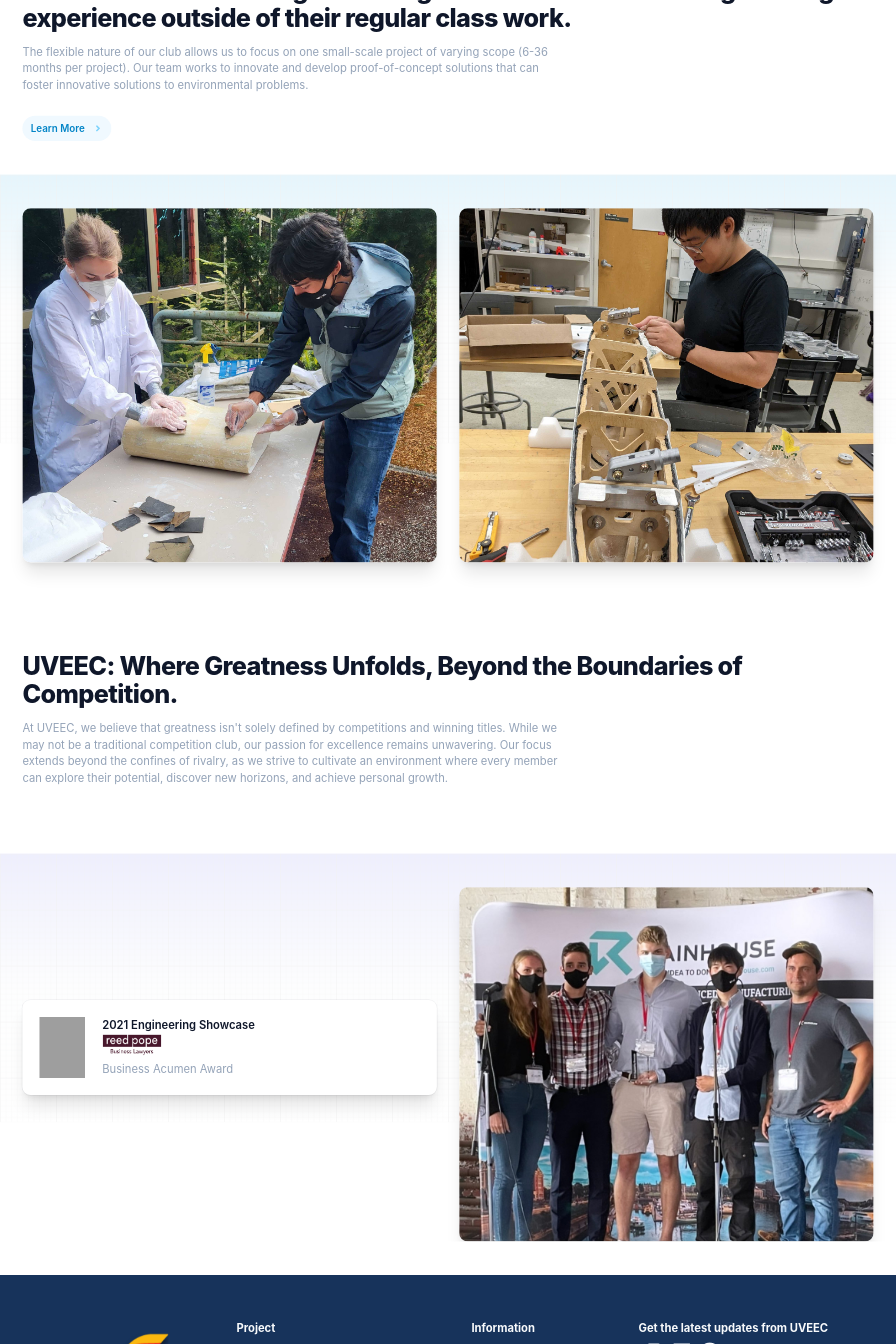
Repository: markaxelus/uveec-website
Page: /
An editor plug-in stored every save of this project. The page is shown before and after the next save, followed by the edit.
The browser window is 1280 px wide. The pictures show the part of the page from y = 938 to 2858 px (the page is 3104 px tall before and 3144 px after), at 70% of full size.
Pictures or frames that could not be fetched are drawn as grey boxes. The project was rebuilt for these pictures with package versions that can differ from the ones it lists, and the page was loaded fresh each time. The framework's server and built-in components were replaced by stand-ins that run in the browser. Also part of the build but not shown: next.config.js, src/components/molecules/ProfileCard.tsx.

Above is the page before, as saved 2024-06-08 23:40:56.

After the next save:
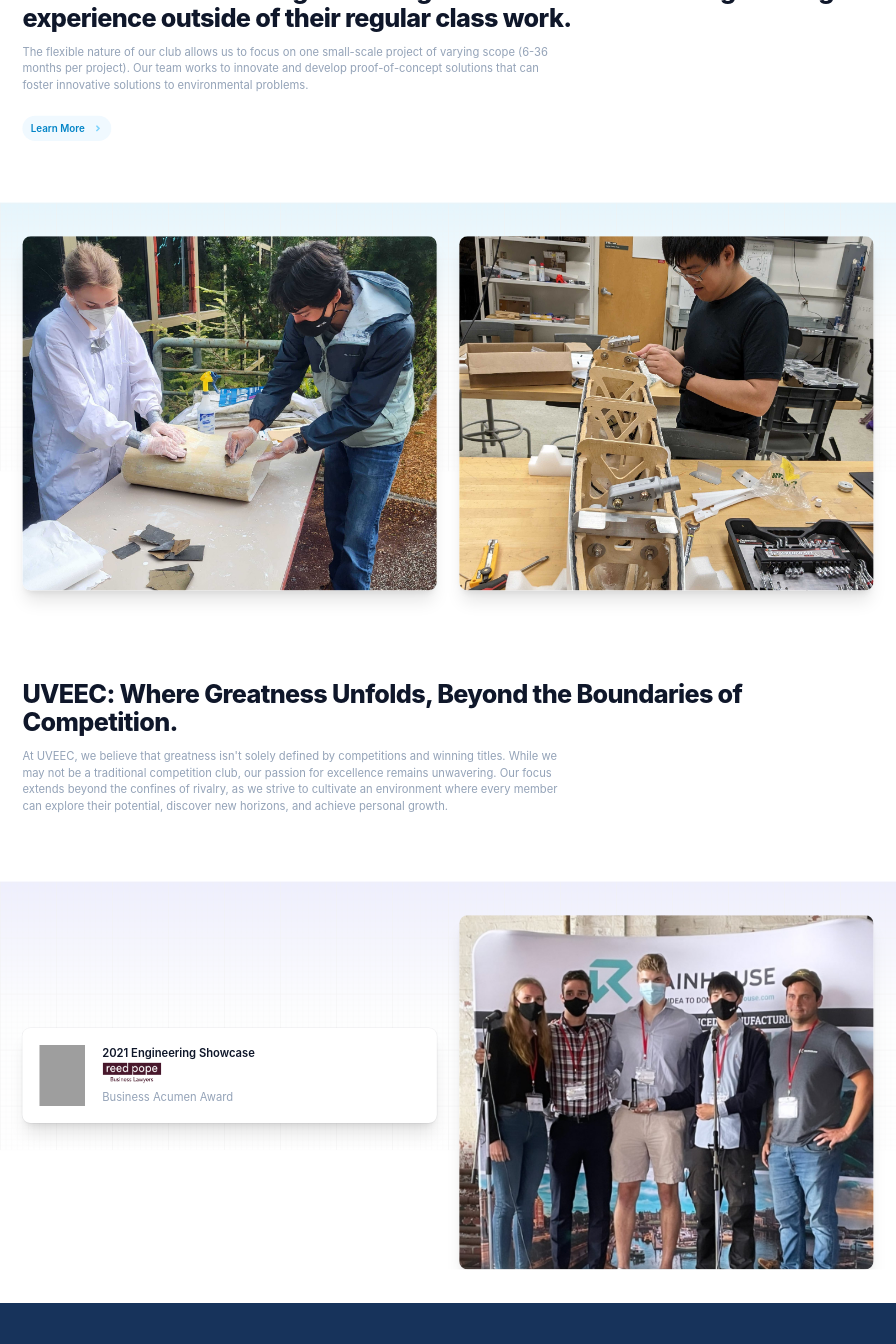
Saved 27 s later.
--- a/pages/index.tsx
+++ b/pages/index.tsx
@@ -60,7 +60,7 @@
                   </a>
                 </Link>
               </div>
-              <div className="relative pt-10 xl:pt-0 mt-10 xl:mt-2">
+              <div className="relative pt-10 xl:pt-0 mt-10 mt-12">
                 <div className="absolute h-96 w-full bg-gradient-to-b from-sky-500 via-slate-100 to-white opacity-10 dark:to-slate-900">
                   <svg
                     width="100%"
